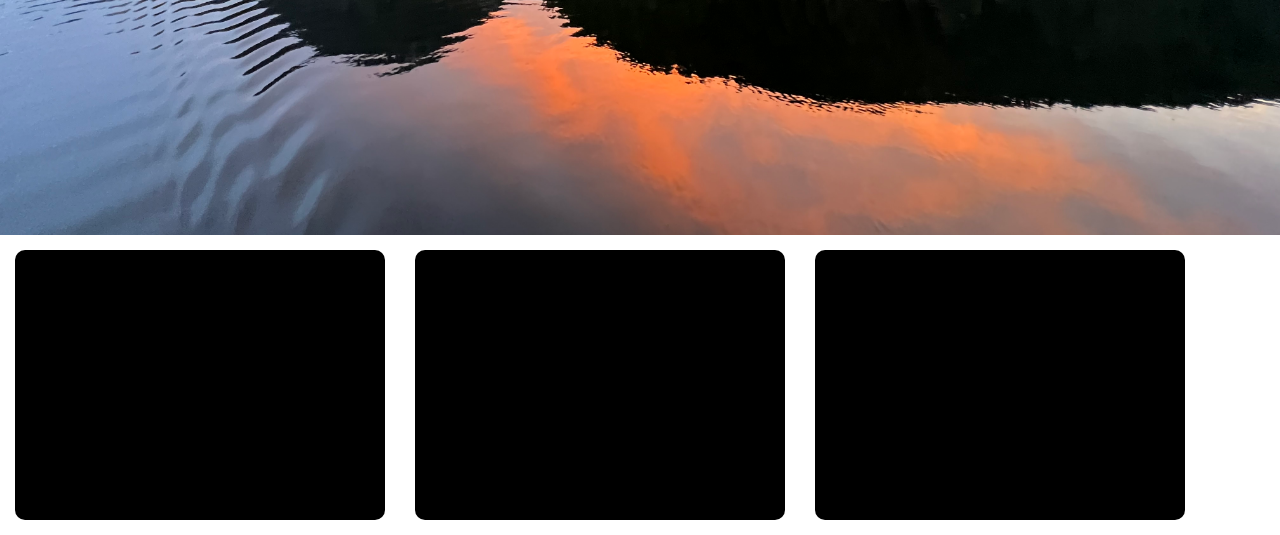
Repository: iforgotmylogin/WebDesignFinal
Page: index.html
The author's editor kept a copy of each file at every save. The page is drawn from the files as they stood at one save, then again after the next save.
The browser window is 1280 px wide. The pictures show the part of the page from y = 577 to 1529 px (the page is 1112 px tall before and 1682 px after).
A picture or video elsewhere on the page could not be fetched, so the positions and the page height are approximate.

Above is the page before, as saved 2024-04-07 17:34:34.

After the next save:
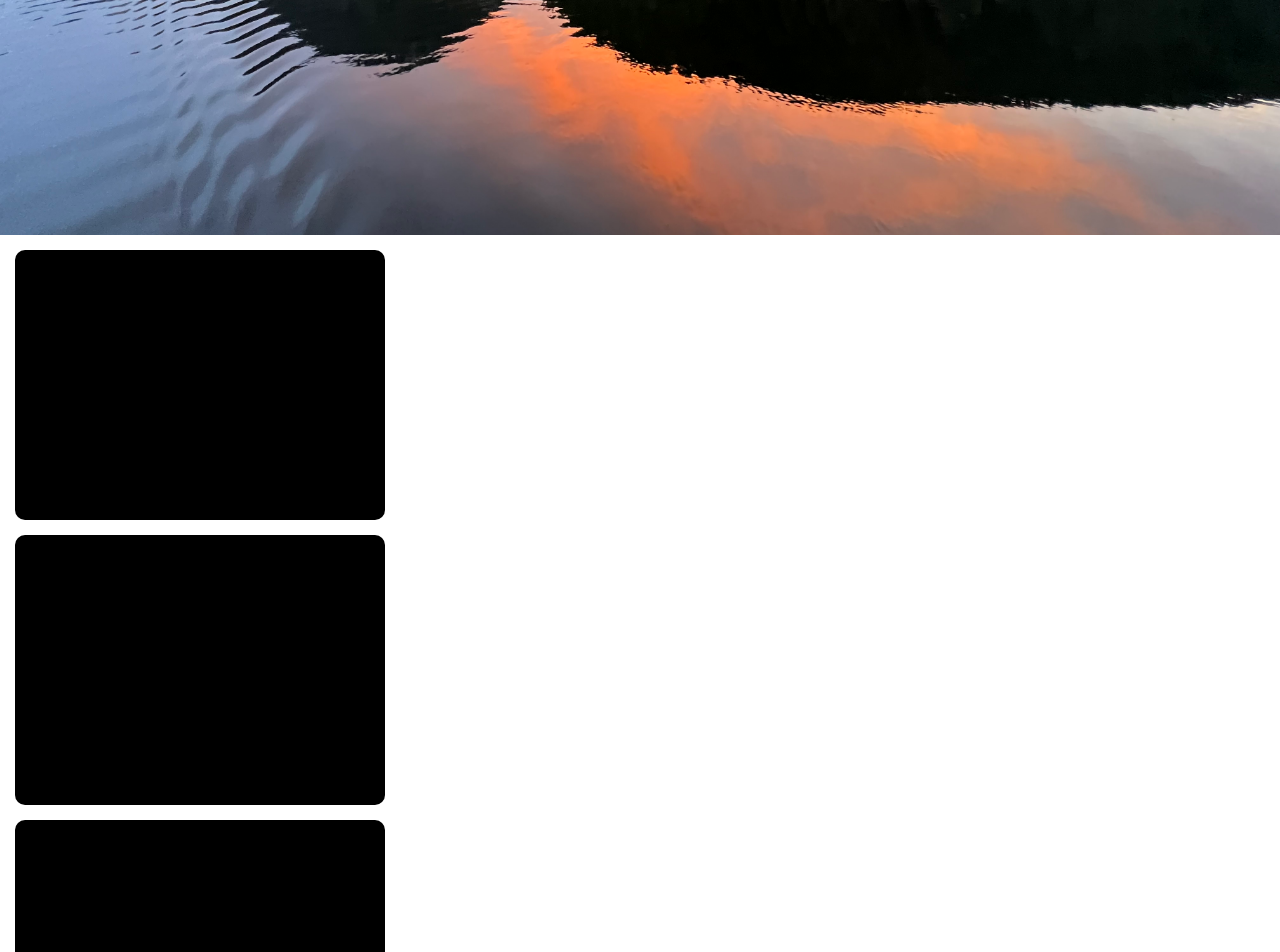
Saved 21 s later.
--- a/css/homepage.css
+++ b/css/homepage.css
@@ -13,7 +13,7 @@
     width: calc(400px - 30px);
     height: calc(300px - 30px);
     background:#000;
-    float: left;
+    flex-direction:row;
     margin: 15px;
     box-sizing: border-box;
     overflow: hidden;

After the 4 saves that followed:
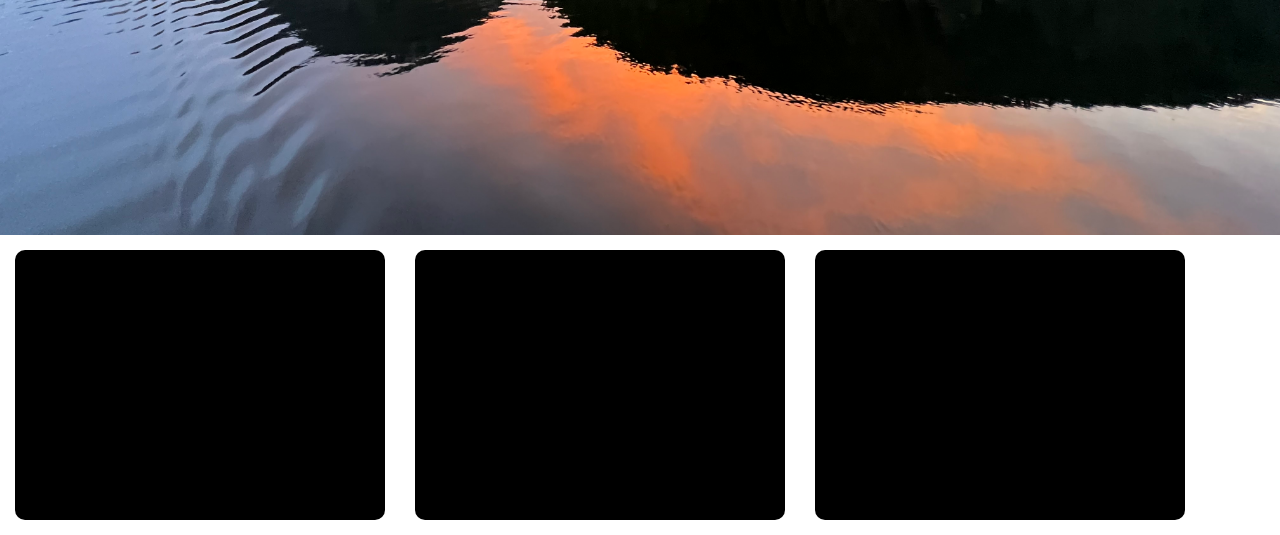
The 4 saves are shown as one change because 3 left the picture as it was.
The last was saved 48 s later.
--- a/css/homepage.css
+++ b/css/homepage.css
@@ -13,7 +13,7 @@
     width: calc(400px - 30px);
     height: calc(300px - 30px);
     background:#000;
-    flex-direction:row;
+    float:inline-start;
     margin: 15px;
     box-sizing: border-box;
     overflow: hidden;
